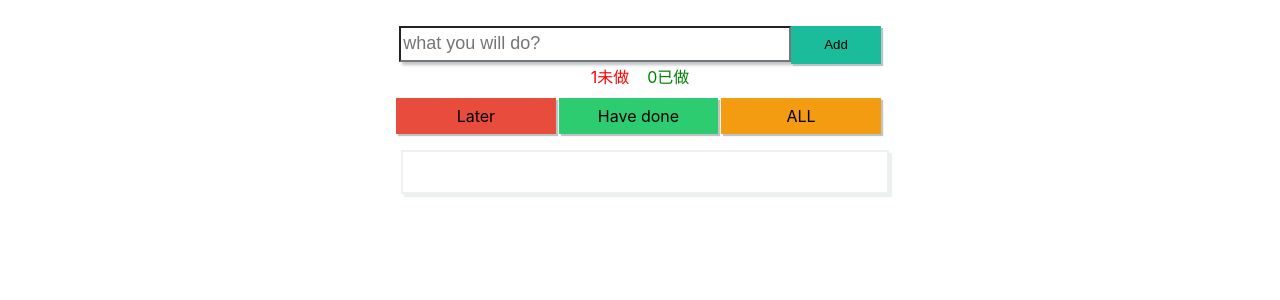
Repository: yurensmile/todolist
Page: /, after clicking the first element matching `button`
These files come from the project's save history. The page is drawn as it stood at one moment and after the next save; the edit follows.
The browser window is 1280 px wide. The pictures show the whole page.
The project was rebuilt for these pictures with package versions that can differ from the ones it lists, and the page was loaded fresh each time. Also part of the build but not shown: src/All.js, src/HaveDone.js.

Above is the page before, as saved 2019-03-20 17:48:19.

After the next save:
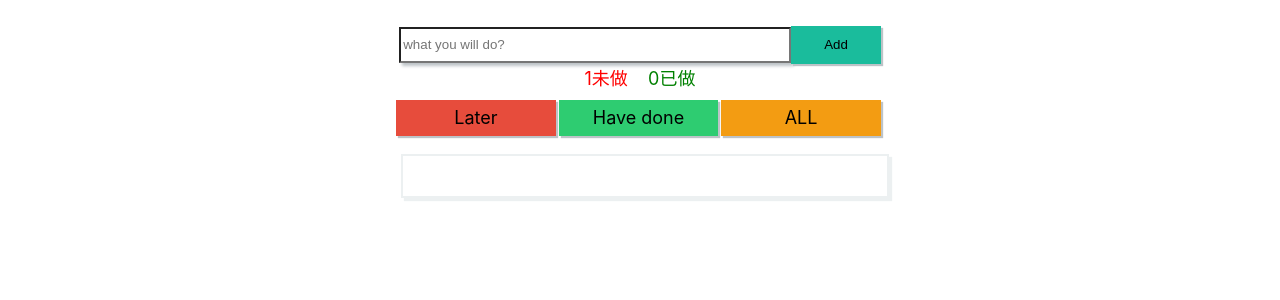
Saved 21 s later.
--- a/src/App.css
+++ b/src/App.css
@@ -1,6 +1,7 @@
 .App {
   margin-top: 2%;
   text-align: center;
+  font-size: 18px;
 }
 
 input[type="checkbox"]{
@@ -57,7 +58,6 @@
   width: 30%;
   height: 30px;
   box-shadow: 3px 3px 3px rgba(189, 195, 199,1.0);
-  font-size: 18px;
 }
 
 button{

After the save that followed:
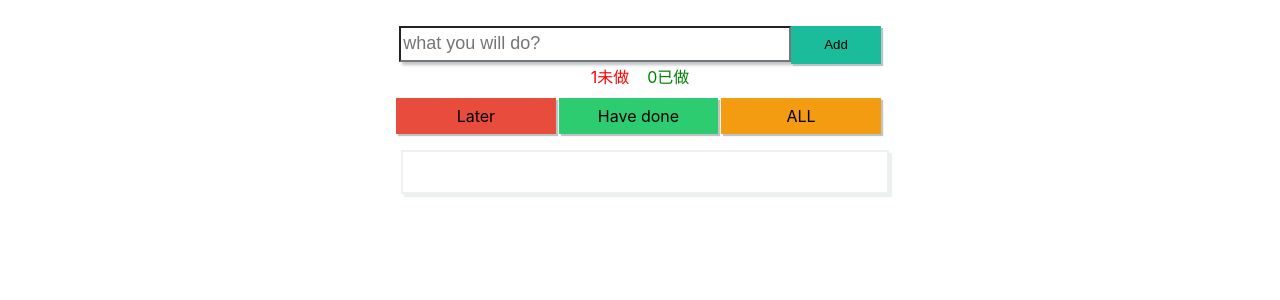
Saved 11 s later.
--- a/src/App.css
+++ b/src/App.css
@@ -1,7 +1,6 @@
 .App {
   margin-top: 2%;
   text-align: center;
-  font-size: 18px;
 }
 
 input[type="checkbox"]{
@@ -58,6 +57,7 @@
   width: 30%;
   height: 30px;
   box-shadow: 3px 3px 3px rgba(189, 195, 199,1.0);
+  font-size: 18px;
 }
 
 button{
